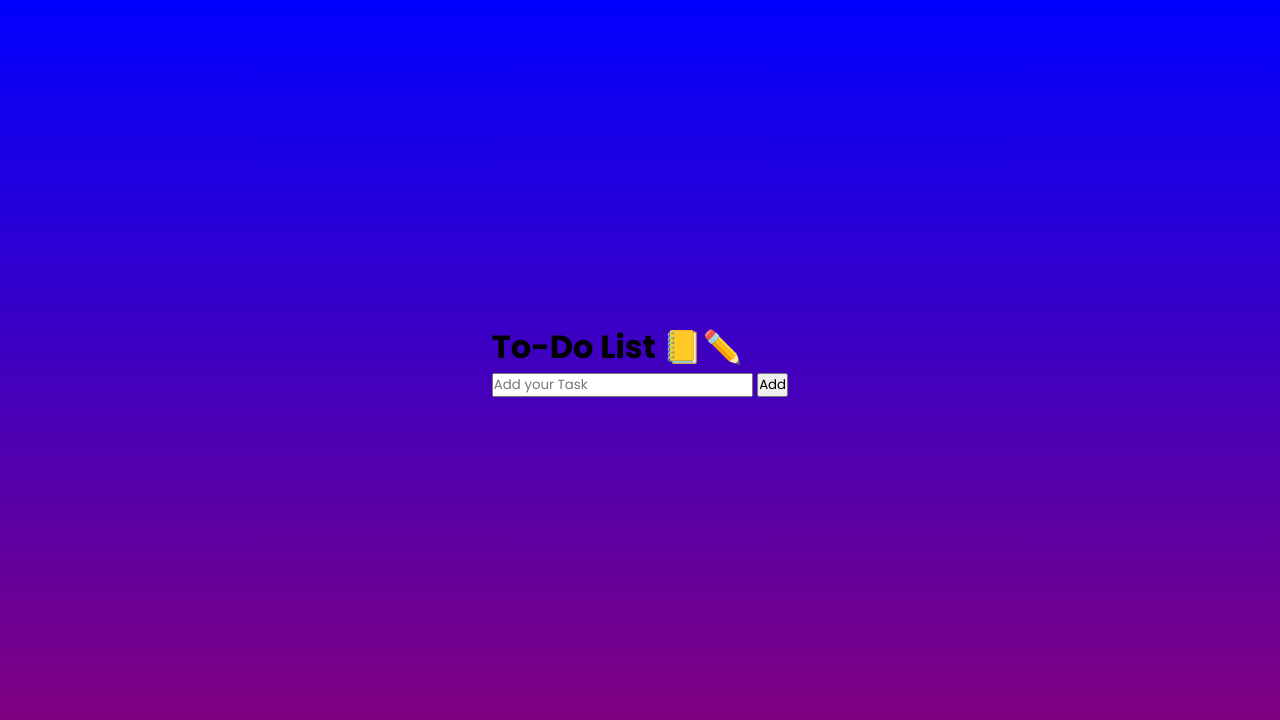
Repository: Ankitkr2021/To-Do-List
Page: index.html
An editor plug-in stored every save of this project. The page is shown before and after the next save, followed by the edit.
The browser window is 1280 px wide. The pictures show the whole page.

Above is the page before, as saved 2025-10-03 10:00:44.

After the next save:
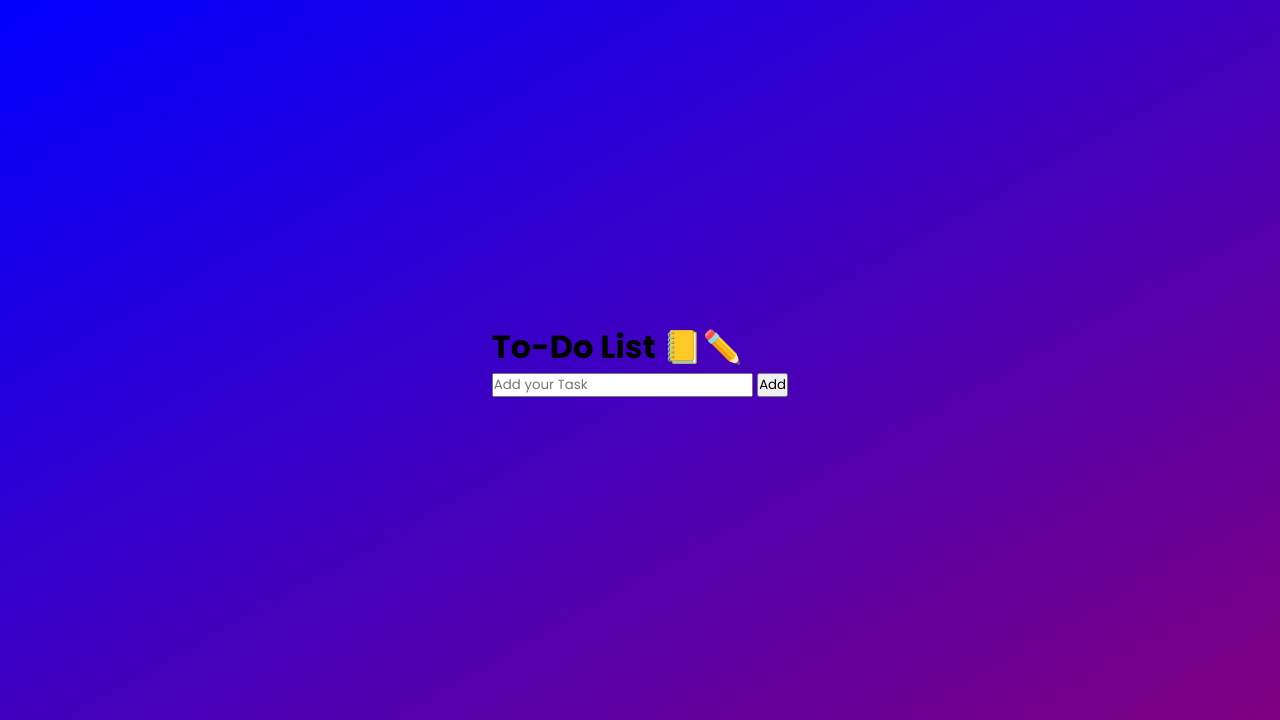
Saved 7 s later.
--- a/style.css
+++ b/style.css
@@ -12,5 +12,5 @@ body{
     justify-content: center;
     align-items: center;
     height: 100vh;
-    background: linear-gradient(to bottom, blue, purple);
+    background: linear-gradient(to bottom right, blue, purple);
 }
